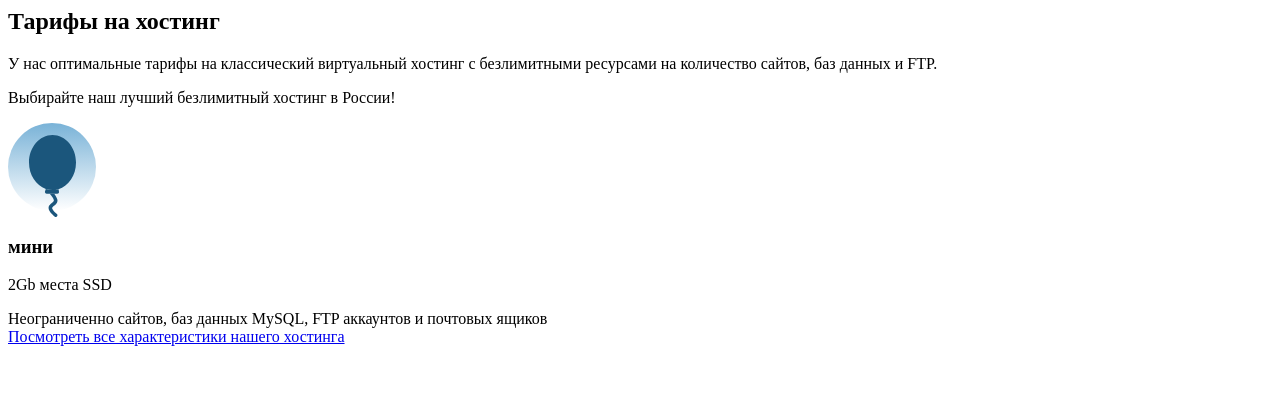
Repository: Inzhir2022/hosting
Page: src/_includes/_tariffs.html
The author's editor kept a copy of each file at every save. The page is drawn from the files as they stood at one save, then again after the next save.
The browser window is 1280 px wide. The pictures show the whole page.

Above is the page before, as saved 2022-07-16 17:31:59.

### src/_includes/_tariffs.html
<section class="tariffs">
  <div class="container">
    <h2 class="tariffs__title">Тарифы на хостинг</h2>
    <div class="tariffs__text">
      <p>У нас оптимальные тарифы на классический виртуальный хостинг с безлимитными ресурсами на количество сайтов, баз данных и FTP.</p>
      <p>Выбирайте наш лучший <span class="tariffs__text_bold"> безлимитный</span> хостинг в России!</p>
    </div>
    <div class="tariffs__cards cards-block">
      <div class="card tariffs__card">
        <div class="card__header">
          <img src="../img/tariffs/tariffs_mini.svg" alt="icon">
          <h3 class="card__title">мини</h3>

        </div>
        <div class="card__body">
          <div class="card__subheader">2Gb места SSD </div>
          <ul class="card__list">


          </ul>
        </div>
      </div>
    </div>
    <div class="cards-block__descr">Неограниченно сайтов, баз данных MySQL, FTP аккаунтов и почтовых ящиков</div>
    <div class="tariffs__link-more">
      <a href="#">Посмотреть все характеристики нашего хостинга</a>
    </div>
  </div>
</section>

After the next save:
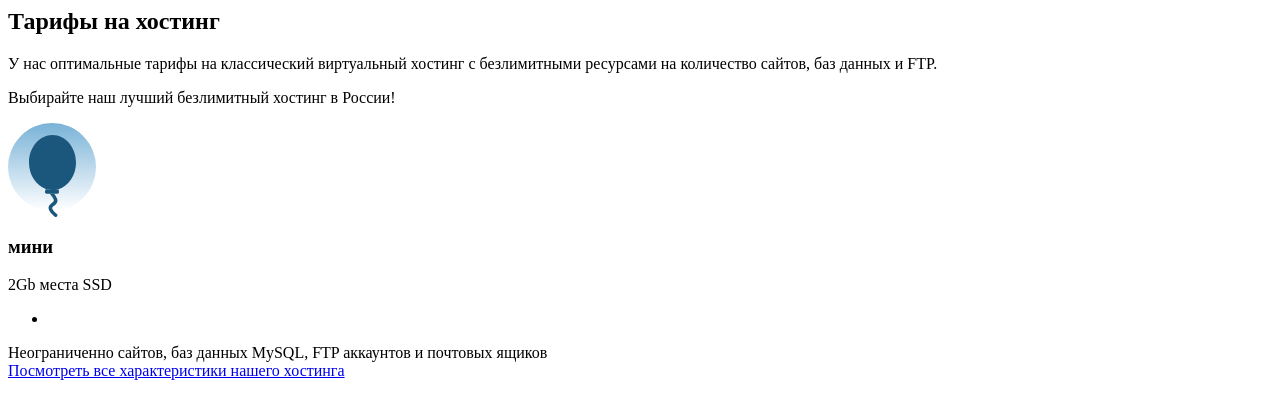
Saved 34 s later.
--- a/src/_includes/_tariffs.html
+++ b/src/_includes/_tariffs.html
@@ -15,7 +15,7 @@
         <div class="card__body">
           <div class="card__subheader">2Gb места SSD </div>
           <ul class="card__list">
-
+            <li class="card__item"></li>
 
           </ul>
         </div>
